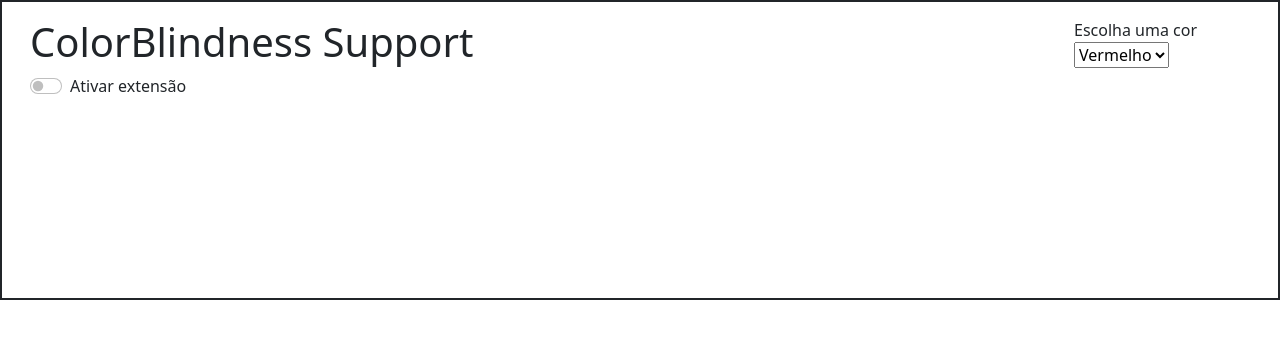
Repository: pedrosiqueira/daltonchrome
Page: popup.html
The author's editor kept a copy of each file at every save. The page is drawn from the files as they stood at one save, then again after the next save.
The browser window is 1280 px wide. The pictures show the whole page.

Above is the page before, as saved 2022-06-17 12:59:54.

### popup.html
<!DOCTYPE html>
<html>

<head>
    <meta charset="utf-8" />
    <link href="css/vendor/bootstrap.min.css" rel="stylesheet" crossorigin="anonymous">
    <link rel="stylesheet" type="text/css" href="css/popup.css" />
</head>

<body class="p-3 d-flex border border-dark border-2 ">

    <div class="container flex">

        <h1> ColorBlindness Support </h1>

        <div class="form-check form-switch col">
            <input class="form-check-input" type="checkbox" id="flexSwitchCheckChecked">
            <label class="form-check-label" for="flexSwitchCheckChecked" id="MeuSwitch">Ativar extensão</label>
        </div>

     <!--
        <button id="meubotao" type="button" class="btn row w-10 h-15 btn-dark">
            Clique-me
        </button>
    -->

    </div>

    <div>
        <label for="cores">Escolha uma cor</label>

        <select name="cores" id="cores">
            <option value="red">Vermelho</option>
            <option value="green">Verde</option>
            <option value="blue">Azul</option>
        </select>
    </div>

    <script src="js/vendor/jquery-3.6.0.min.js"></script>
    <script src="js/vendor/bootstrap.bundle.min.js"></script>
    <script src="js/popup.js"></script>
</body>

</html>

### css/popup.css
body {
    min-width:600px;
    min-height:300px;
}

#table-wrapper {
    position:relative;
    white-space: nowrap;
}
#table-scroll {
    overflow:auto;
    margin-top:20px;
}
#table-wrapper table {
    width:100%;

}

#table-wrapper table thead th .text {
    position:absolute;
    top:-20px;
    z-index:2;
    height:20px;
    width:35%;
    border:1px solid red;
}

#table-wrapper table tbody td{
    border: 1px solid black;
}

### js/popup.js
start()

function start() {
    $("#meubotao").click(umafuncao)
}

function ativar(){
    $("#MeuSwitch")
}


async function umafuncao() {

    // obtém a aba atual
    [currentTab] = await chrome.tabs.query({ active: true, currentWindow: true });

    // envia mensagem para a aba atual
    chrome.tabs.sendMessage(currentTab.id, { nome: "Carol", curso: "TADS", orientador: "pedro" }, callback);


}

// funcao que recebe a resposta da mensagem que foi enviada para alguma aba
function callback(response) {
    console.log("ufa, a mensagem conseguiu chegar!")
    console.log(response)
}

Loaded but not shown: css/vendor/bootstrap.min.css (library); js/vendor/jquery-3.6.0.min.js (library); js/vendor/bootstrap.bundle.min.js (library)

After the next save:
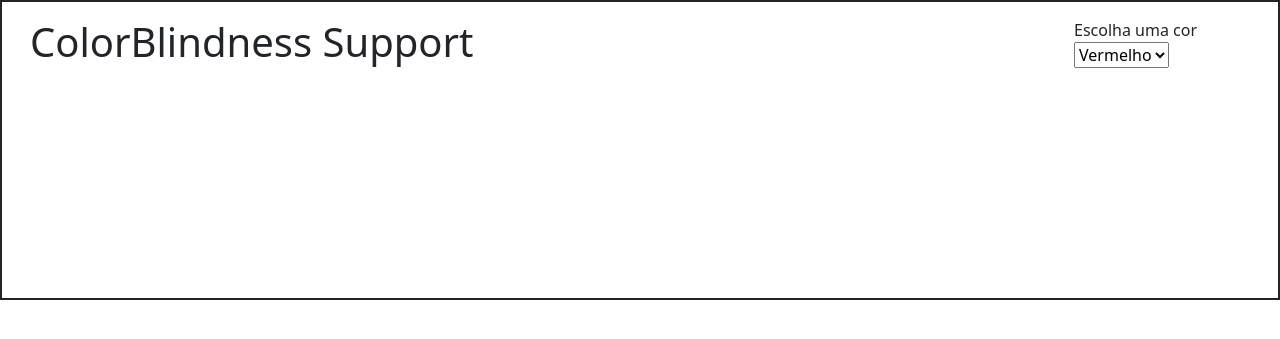
Saved 35 s later.
--- a/popup.html
+++ b/popup.html
@@ -13,12 +13,12 @@
 
         <h1> ColorBlindness Support </h1>
 
+        <!--
         <div class="form-check form-switch col">
             <input class="form-check-input" type="checkbox" id="flexSwitchCheckChecked">
             <label class="form-check-label" for="flexSwitchCheckChecked" id="MeuSwitch">Ativar extensão</label>
         </div>
 
-     <!--
         <button id="meubotao" type="button" class="btn row w-10 h-15 btn-dark">
             Clique-me
         </button>
